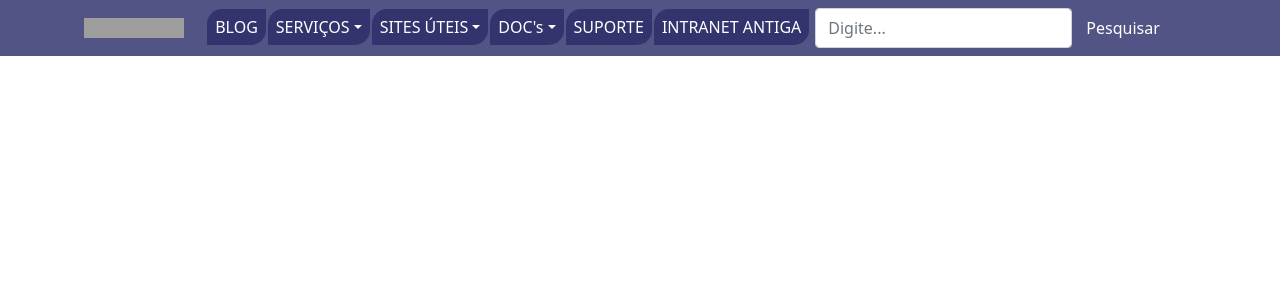
Repository: Leandromarim/INTRANET_PARTICULAR
Page: header.html
These files come from the project's save history. The page is drawn as it stood at one moment and after the next save; the edit follows.
The browser window is 1280 px wide. The pictures show the whole page.
Pictures or frames that could not be fetched are drawn as grey boxes.

Above is the page before, as saved 2021-12-14 11:01:54.

After the next save:
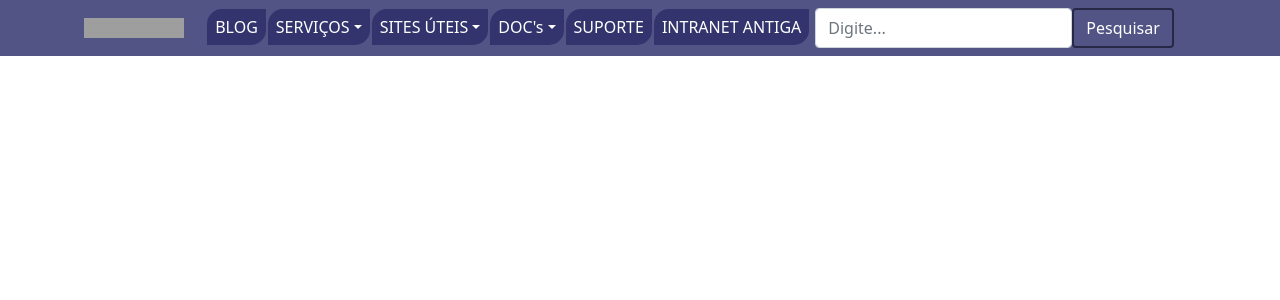
Saved 9 s later.
--- a/assets/css/header.css
+++ b/assets/css/header.css
@@ -79,7 +79,7 @@ nav ul li a {
 button.button-pesquisar{
     background-color: #525486;
     color: #fff;
-    border: 2px solid #525486;
+    border: 2px solid #272846;
 }
 
 button.button-pesquisar:hover{
